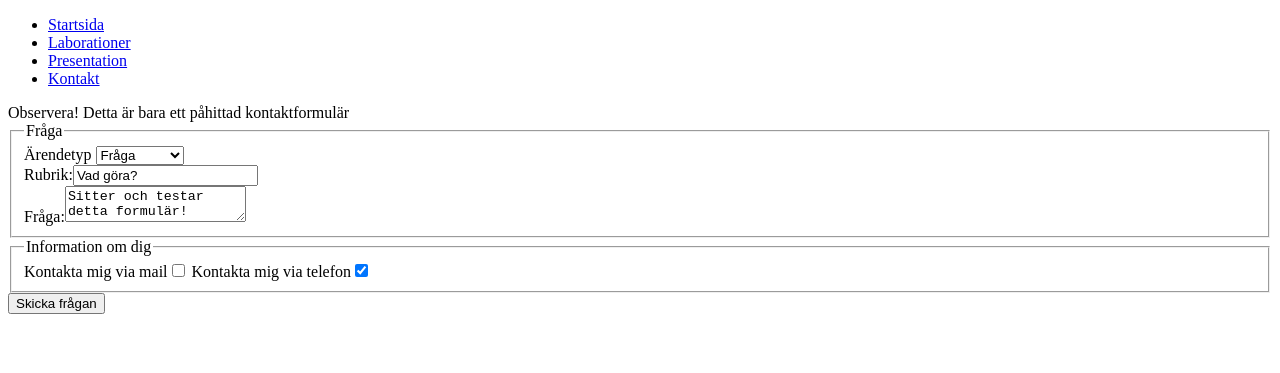
Repository: ej222ru/1IK415-laborationer
Page: pages/kontakt.html
The author's editor kept a record of every edit. The page is drawn from the files as they stood at one moment, then again after the next edit.
The browser window is 1280 px wide. The pictures show the whole page.

Above is the page before.

### pages/kontakt.html
<!doctype html>
<html lang="sv">
    <head>
        <meta charset="utf-8" />
        <title>Erlands kursblogg</title>
    </head>
    <body>
        <ul>
            <li><a href="../index.html">Startsida</a></li>
            <li><a href="laborationer.html">Laborationer</a></li>
            <li><a href="presentation.html">Presentation</a></li>
            <li><a href="kontakt.html">Kontakt</a></li>
        </ul>
<!--  I added an id attribute to form to provide a unique identifier for the form so it can be more
easily styled using CSS or manipulated using JavaScript if required.
You can only have one of each id per page; in this case I called it contact-form
-->
        <form id="contact-form" action="http://voyager.lnu.se/tekinet/kurser/dtt/wp_webbintro/form.php"  method="post">
            Observera!  Detta är bara ett påhittad kontaktformulär

            <fieldset>
                <legend>Fråga</legend>
                <div>
                    <label for="errend">Ärendetyp</label>
                        <select name="Ärendetyp" id="errend">
                          <option value="Fråga">Fråga</option>
                          <option value="Faktura">Faktura</option>
                          <option value="Beställning">Beställning</option>
                        </select>
                </div>
                <div>
                    <label for="Rubrik">Rubrik:</label><input type="text" name="Rubrik" id="Rubrik" value="Vad göra?">
                </div>
                <div>
                    <label for="comments">Fråga:</label><textarea name="Fråga" id="comments">Sitter och testar detta formulär!</textarea>
                </div>
            </fieldset>
            <fieldset>
                <legend>Information om dig</legend>
                <label for="email">Kontakta mig via mail</label><input name="email" id="email" type="checkbox">
                <label for="phone">Kontakta mig via telefon</label><input name="phone" id="phone" checked type="checkbox">
            </fieldset>
            <button type="submit">Skicka frågan</button>
        </form>
    </body>
</html>

After the next edit:
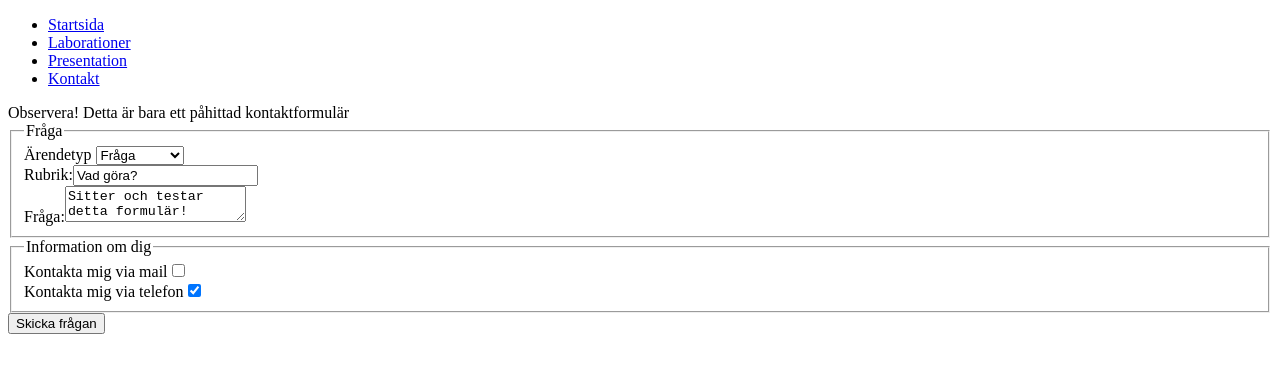
The edit:
--- a/pages/kontakt.html
+++ b/pages/kontakt.html
@@ -37,7 +37,9 @@
             </fieldset>
             <fieldset>
                 <legend>Information om dig</legend>
-                <label for="email">Kontakta mig via mail</label><input name="email" id="email" type="checkbox">
+                <div>
+                    <label for="email">Kontakta mig via mail</label><input name="email" id="email" type="checkbox">
+                </div>
                 <label for="phone">Kontakta mig via telefon</label><input name="phone" id="phone" checked type="checkbox">
             </fieldset>
             <button type="submit">Skicka frågan</button>
